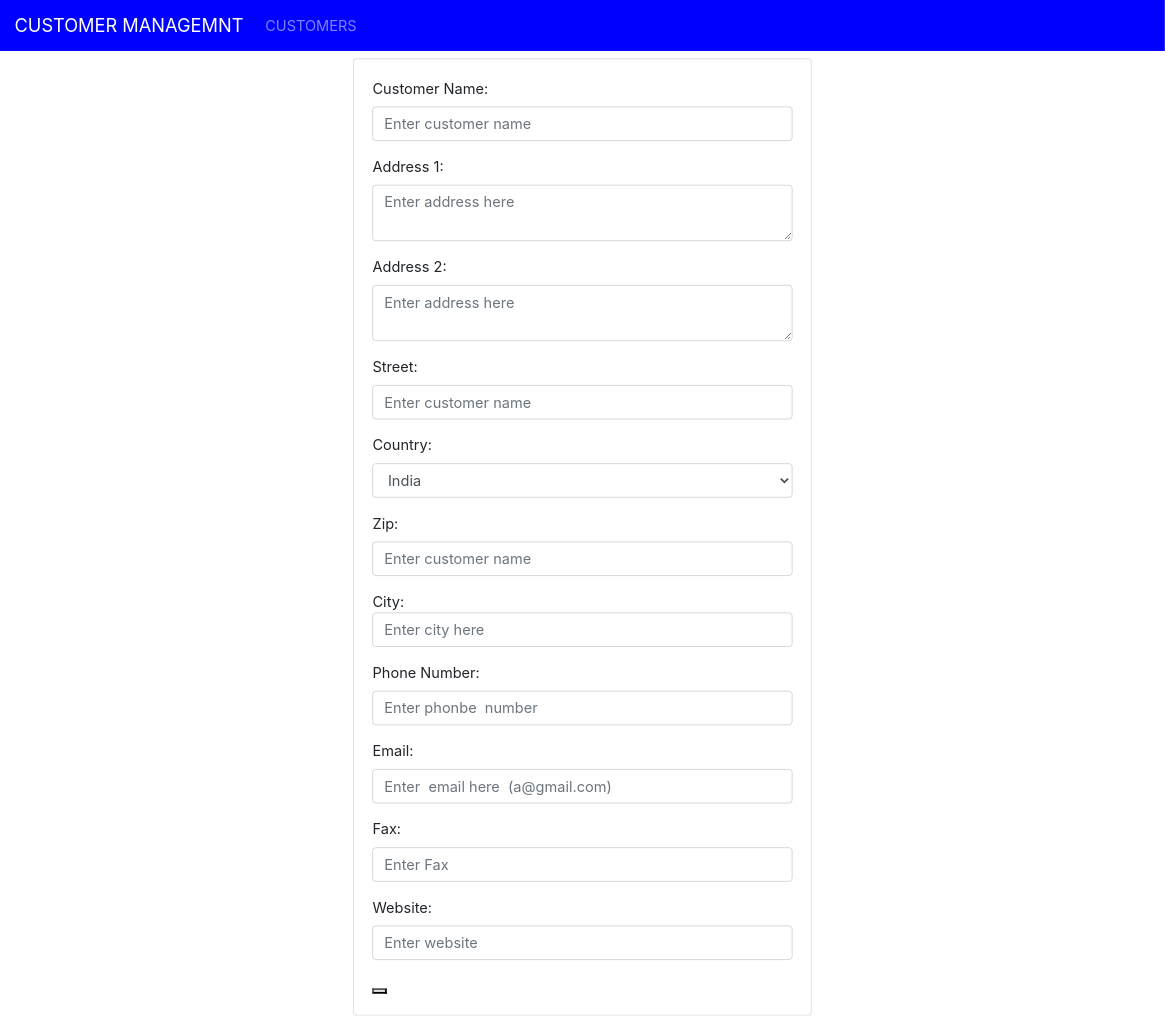
Repository: shruti-2522/webdirekt-assignment
Page: http://localhost/Customer-Project/customer-form.jsp
These files come from the project's save history. The page is drawn as it stood at one moment and after a run of saves; the edit follows.
The browser window is 1280 px wide. The pictures show the whole page, at 91% of full size.
The page is served by Tomcat 9.

Above is the page before, as saved 2021-07-05 10:44:00.

After the next 2 saves:
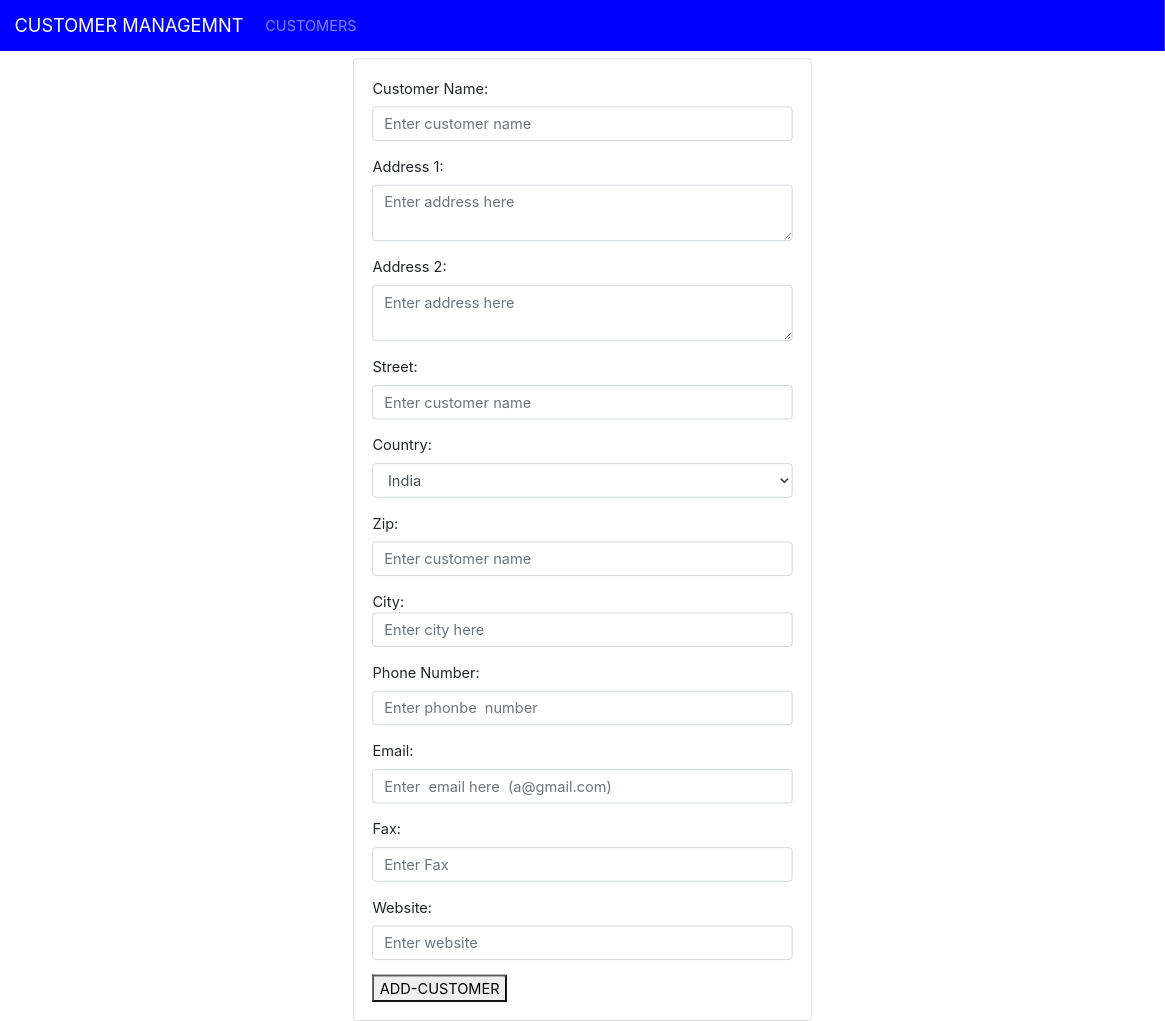
The 2 saves are shown as one change because they came seconds apart.
The last was saved 5 s later.
--- a/Customer-Project/src/main/webapp/customer-form.jsp
+++ b/Customer-Project/src/main/webapp/customer-form.jsp
@@ -41,72 +41,66 @@
 
 				<fieldset class="form-group">
 					<label>Address 1:</label>
-					<textarea class="form-control" name="addr1" placeholder="Enter address here" ></textarea>
-			</fieldset>
+					<textarea class="form-control" name="addr1"
+						placeholder="Enter address here"></textarea>
+				</fieldset>
 
 
 
 				<fieldset class="form-group">
 					<label>Address 2:</label>
-					<textarea class="form-control" name="addr2" placeholder="Enter address here" ></textarea>
-			</fieldset>
-
-			<fieldset class="form-group">
-					<label>Street:</label> <input type="text"
-						class="form-control" placeholder="Enter customer name" name="street"
-						>
+					<textarea class="form-control" name="addr2"
+						placeholder="Enter address here"></textarea>
 				</fieldset>
 
-
-			<fieldset class="form-group">
-					<label>Country:</label>
-
-					<select name="country"  class="form-control">
-					<option>India</option>
-					<option>America</option>
-				    <option>Chin</option>
-				    <option>Other</option>
-					</select>
-				</fieldset>
-
-	<fieldset class="form-group">
-					<label>Zip:</label> <input type="number"
-						class="form-control" placeholder="Enter customer name" name="zip"
-						>
+				<fieldset class="form-group">
+					<label>Street:</label> <input type="text" class="form-control"
+						placeholder="Enter customer name" name="street">
 				</fieldset>
 
 
 				<fieldset class="form-group">
-					<labell>City:</label> <input type="text"
-						class="form-control" placeholder="Enter city here" name="city"
-						>
-				</fieldset>
-
-					<fieldset class="form-group">
-					<label>Phone Number:</label> <input type="number"
-						class="form-control" placeholder="Enter phonbe  number" name="phone"
-						>
-				</fieldset>
-				<fieldset class="form-group">
-					<label>Email:</label> <input type="number"
-						class="form-control" placeholder="Enter  email here  (a@gmail.com)" name="email"
-						>
+					<label>Country:</label> <select name="country" class="form-control">
+						<option>India</option>
+						<option>America</option>
+						<option>Chin</option>
+						<option>Other</option>
+					</select>
 				</fieldset>
 
 				<fieldset class="form-group">
-					<label>Fax:</label> <input type="number"
-						class="form-control" placeholder="Enter Fax" name="fax"
-						>
+					<label>Zip:</label> <input type="number" class="form-control"
+						placeholder="Enter customer name" name="zip">
+				</fieldset>
+
+
+				<fieldset class="form-group">
+					<labell>City:</label> <input type="text" class="form-control"
+						placeholder="Enter city here" name="city">
+				</fieldset>
+
+				<fieldset class="form-group">
+					<label>Phone Number:</label> <input type="number"
+						class="form-control" placeholder="Enter phonbe  number"
+						name="phone">
 				</fieldset>
 				<fieldset class="form-group">
-					<label>Website:</label> <input type="number"
-						class="form-control" placeholder="Enter website" name="web"
-						>
+					<label>Email:</label> <input type="number" class="form-control"
+						placeholder="Enter  email here  (a@gmail.com)" name="email">
+				</fieldset>
+
+				<fieldset class="form-group">
+					<label>Fax:</label> <input type="number" class="form-control"
+						placeholder="Enter Fax" name="fax">
+				</fieldset>
+				<fieldset class="form-group">
+					<label>Website:</label> <input type="number" class="form-control"
+						placeholder="Enter website" name="web">
 				</fieldset>
 
 
 
-<button type="submit" classs="btn  btn-success"></button>
+				<button type="submit" classs="btn  btn-success">ADD-CUSTOMER</button>
 			</div>
 
 		</div>
